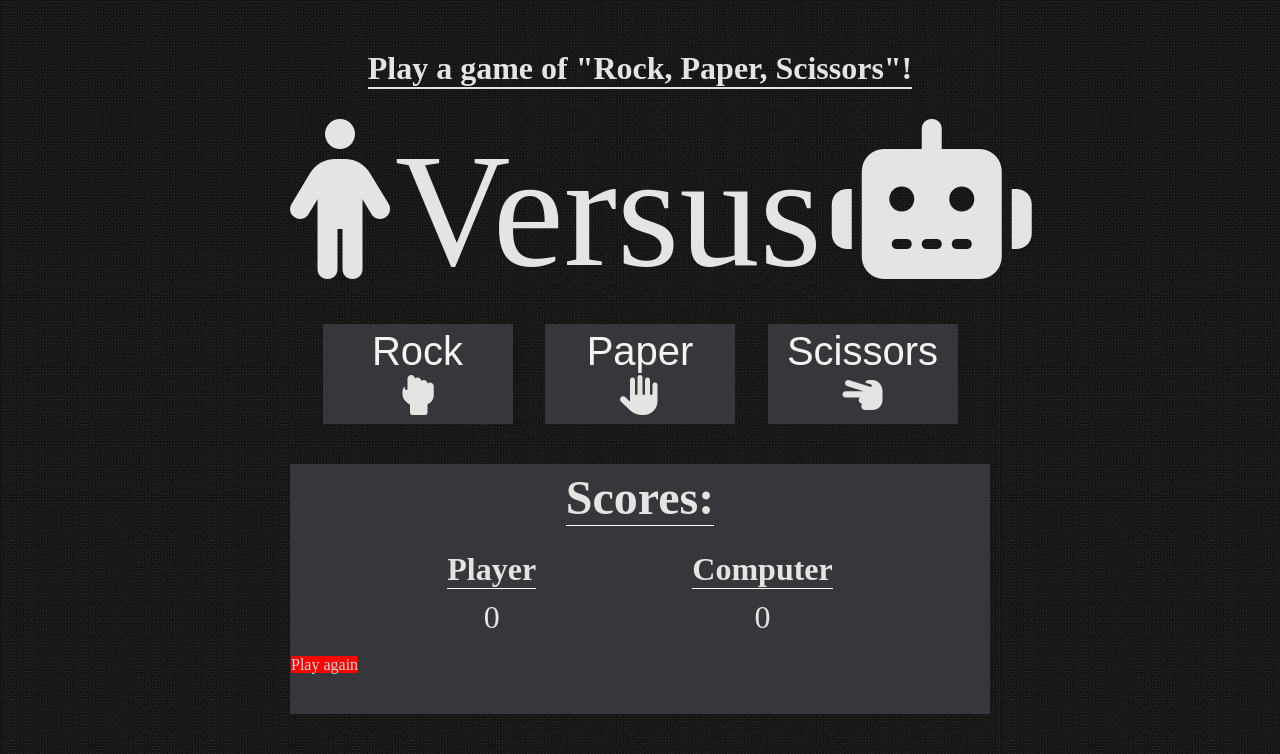
Repository: Pafestivo/rock-paper-scissors
Page: index.html
An editor plug-in stored every save of this project. The page is shown before and after the next save, followed by the edit.
The browser window is 1280 px wide. The pictures show the whole page.
Some web libraries are served in a nearby version.

Above is the page before, as saved 2022-10-15 12:04:30.

### index.html
<!DOCTYPE html>
<html lang="en">
<head>
  <meta charset="UTF-8">
  <meta name="viewport" content="width=device-width, initial-scale=1.0">
  <link rel="stylesheet" href="styles.css">
  <script src="js-file.js" defer></script>
  <script src="https://kit.fontawesome.com/e2364af56b.js" crossorigin="anonymous"></script>
  <title>Rock, Paper, Scissors</title>
</head>
<body>

  <header>
    <h1>Play a game of "Rock, Paper, Scissors"!</h1>
  </header>
  <div id="versus">
    <i class="fa-solid fa-person"></i>
    <p>Versus</p>
    <i class="fa-solid fa-robot"></i>
  </div> <!-- /versus -->

  <div class="buttons">
    <button id="rock">
      Rock
      <i class="fa-solid fa-hand-back-fist"></i>
    </button>
    <button id="paper">
      Paper
      <i class="fa-solid fa-hand"></i>
    </button>
    <button id="scissors">
      Scissors
      <i class="fa-solid fa-hand-scissors"></i>
    </button>
  </div> <!-- /buttons -->


  <div id="results">

    <div class="scores">
      <h1 id="scores-header">Scores:</h1>
    </div> <!-- /scores -->

    <div class="columns">
      <div class="player">
        <h1 class="underline">Player</h1>
        <p id ="player-points" class="points">0</p>
      </div> <!-- /player-scores -->

      <div class="comp">
        <h1 class="underline">Computer</h1>
        <p id="computer-points" class="points">0</p>
      </div> <!-- /comp-scores -->
    </div><!-- /columns -->

    <a id="play-again" href="">Play again</a>

  </div> <!-- /results -->


</body>
</html>

### styles.css
* {
  margin: 0;
  padding: 0;
  box-sizing: border-box;
}

body {
  font-family: serif;
  background-image: url(images/background.jpg);
  color: rgb(228, 228, 228);
}

header {
  width: max-content;
  margin: 50px auto 30px auto;
  border-bottom: 2px solid rgb(228, 228, 228);
}

#versus {
  display: flex;
  width: 700px;
  font-size: 10rem;
  margin: 0 auto 20px auto;
  justify-content: space-evenly;
  color: rgb(228, 228, 228);
}

.fa-robot {
  margin-left: 10px;
  font-size: 10rem;
}

.fa-person {
  font-size: 10rem;
  margin-right: 5px;
}

.buttons {
  display: flex;
  width: 700px;
  margin: 0 auto;
  justify-content: space-evenly;
}

button {
  position: relative;
  width: 190px;
  height: 100px;
  background-color: #35373B;
  border: none;
  font-size: 40px;
  color: whitesmoke;
}

button .fa-solid {
  width: 100%;
  color: rgb(228, 228, 228);
}

button:hover {
  cursor: pointer;
  background-color: #56595f;
}

button:focus {
  background-color: #635656;
}

button:disabled:hover {
  cursor: not-allowed;
  background-color: #35373B;
}

.comp-choice {
  position: absolute;
  bottom: 5px;
  right: 10px;
  font-size: 20px;
  max-width: 20px;
}

.player-choice {
  position: absolute;
  bottom: 5px;
  left: 10px;
  font-size: 20px;
  max-width: 20px;
}

#results {
  margin: 40px auto 40px auto;
  width: 700px;
  height: 250px;
  padding: 1px;
  background-color: #35373B;
}

#scores-header {
  margin: 5px auto 25px auto;
  font-size: 3em;
  width: max-content;
  border-bottom: 1px solid white;
}

.columns {
  display: flex;
  justify-content: space-evenly;
  margin-bottom: 20px;
}

.round-result {
  margin-bottom: 15px;
  font-size: 2em;
  text-align: center;
  padding: 0;
}

.underline {
  width: max-content;
  border-bottom: 1px solid white;
}

.points {
  font-size: 2em;
  text-align: center;
  margin-top: 10px;
}

#play-again {
  text-decoration: none;
  color: inherit;
  background-color: red;
}

### js-file.js
let playerScore = 0;
let computerScore = 0;

const playerColumn = document.querySelector('.player');
const playerPoints = document.getElementById('player-points');

const computerColumn = document.querySelector('.comp');
const computerPoints = document.getElementById('computer-points');

//round logic
function playRound(playerSelection, computerSelection) {

  let log = ""


  if (
    (playerSelection === "Rock" && computerSelection === "Paper") ||
    (playerSelection === "Paper" && computerSelection === "Scissors") ||
    (playerSelection === "Scissors" && computerSelection === "Rock")
    ) {
    log = "You lost this round!"
    computerScore++
  }
  else if (
    (playerSelection === "Paper" && computerSelection === "Rock") ||
    (playerSelection === "Rock" && computerSelection === "Scissors") ||
    (playerSelection === "Scissors" && computerSelection === "Paper")
  ) {
    log = "You won this round!"
    playerScore++
  }
  else if (
    (playerSelection === computerSelection)
  ) {
    log = "This round ends in a draw!"
  }

  playerPoints.textContent = playerScore;

  computerPoints.textContent = computerScore;


  //finish the game at 5 points + show play again button
  const buttons = document.querySelectorAll('button');
  if(playerScore === 5) {
    for(i = 0; i < buttons.length; i++) {
      buttons[i].setAttribute("disabled", "disabled");
    }

    return "You won!";

  } else if (computerScore === 5) {
    for(i = 0; i < buttons.length; i++) {
      buttons[i].setAttribute("disabled", "disabled");
    }
    return "You lost!";
  }

  console.log(playerScore);
  console.log(computerScore);
  return log;
};

//variables to target the buttons
const rockChosen = document.querySelector('#rock');
const paperChosen = document.querySelector('#paper');
const scissorsChosen = document.querySelector('#scissors');


//computer selection
function getComputerChoice() {
  const possibleChoices = ["Rock", "Paper", "Scissors"];
  const randomize = Math.floor(Math.random() * possibleChoices.length);
  let selected = possibleChoices[randomize];

  if(document.querySelector('button #robot') != null) { //checks to see if robot icon already exists
    const robotIcon = document.getElementById('robot');
    const parent = document.getElementById('robot').parentElement;
    parent.removeChild(robotIcon); //remove the icon if it exists
  }

  if (selected === "Rock") {
    rockChosen.insertAdjacentHTML('beforeend', '<i id="robot" class="fa-solid fa-robot comp-choice"></i>'); //adds robot icon

  } else if (selected === "Paper") {
    paperChosen.insertAdjacentHTML('beforeend', '<i id="robot" class="fa-solid fa-robot comp-choice"></i>');

  } else if (selected === "Scissors") {
    scissorsChosen.insertAdjacentHTML('beforeend', '<i id="robot" class="fa-solid fa-robot comp-choice"></i>');
  }

  return selected;
};


//adding the round result paragraph to the page
const results = document.querySelector('#results');
const para = document.createElement('p');
para.classList.add('round-result');


//function for event listeners
function rockRound() {

  if(document.querySelector('button #human') != null) { //checks to see if human icon already exists
    const humanIcon = document.getElementById('human');
    const parent = document.getElementById('human').parentElement;
    parent.removeChild(humanIcon); //remove the icon if it exists
  }

  rockChosen.insertAdjacentHTML('beforeend', '<i id="human" class="fa-solid fa-person player-choice"></i>'); //adds human icon

  let computerSelection = getComputerChoice();
  console.log(computerSelection);

  let roundResult = playRound("Rock", computerSelection);

  para.textContent = roundResult;
  results.appendChild(para);
};

function paperRound() {
  let computerSelection = getComputerChoice();
  console.log(computerSelection);

  if(document.querySelector('button #human') != null) { //checks to see if human icon already exists
    const humanIcon = document.getElementById('human');
    const parent = document.getElementById('human').parentElement;
    parent.removeChild(humanIcon); //remove the icon if it exists
  }

  paperChosen.insertAdjacentHTML('beforeend', '<i id="human" class="fa-solid fa-person player-choice"></i>'); //adds human icon

  para.textContent = playRound("Paper", computerSelection);
  results.appendChild(para);
};

function scissorsRound() {
  let computerSelection = getComputerChoice();
  console.log(computerSelection);

  if(document.querySelector('button #human') != null) { //checks to see if human icon already exists
    const humanIcon = document.getElementById('human');
    const parent = document.getElementById('human').parentElement;
    parent.removeChild(humanIcon); //remove the icon if it exists
  }

  scissorsChosen.insertAdjacentHTML('beforeend', '<i id="human" class="fa-solid fa-person player-choice"></i>'); //adds human icon

  para.textContent = playRound("Scissors", computerSelection);
  results.appendChild(para);
};
//end of event listeners functions


//adding event listeners to each button
const rock = document.querySelector('#rock');
rock.addEventListener("click", rockRound);

const paper = document.querySelector('#paper');
paper.addEventListener("click", paperRound);

const scissors = document.querySelector('#scissors');
scissors.addEventListener("click", scissorsRound);

After the next save:
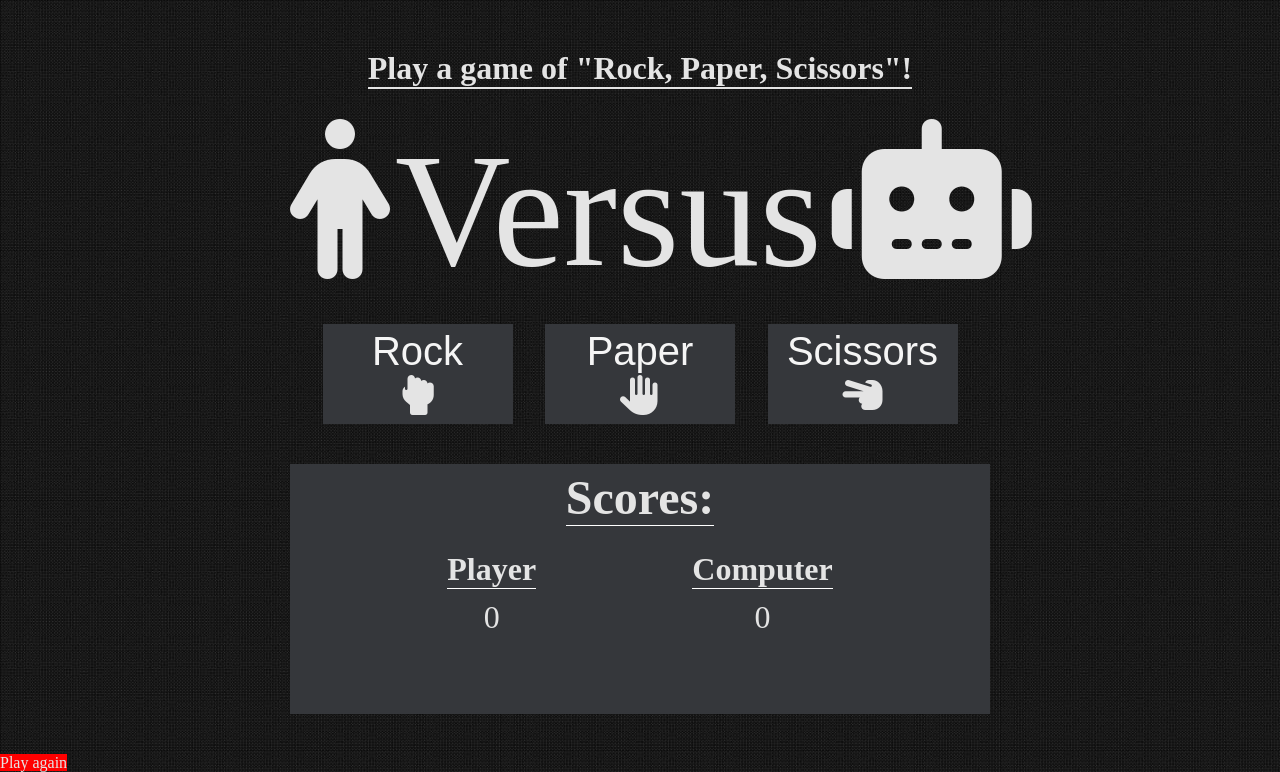
Saved 23 s later.
--- a/index.html
+++ b/index.html
@@ -53,9 +53,9 @@
       </div> <!-- /comp-scores -->
     </div><!-- /columns -->
 
-    <a id="play-again" href="">Play again</a>
+  </div> <!-- /results -->
 
-  </div> <!-- /results -->
+  <a id="play-again" href="">Play again</a>
 
 
 </body>
